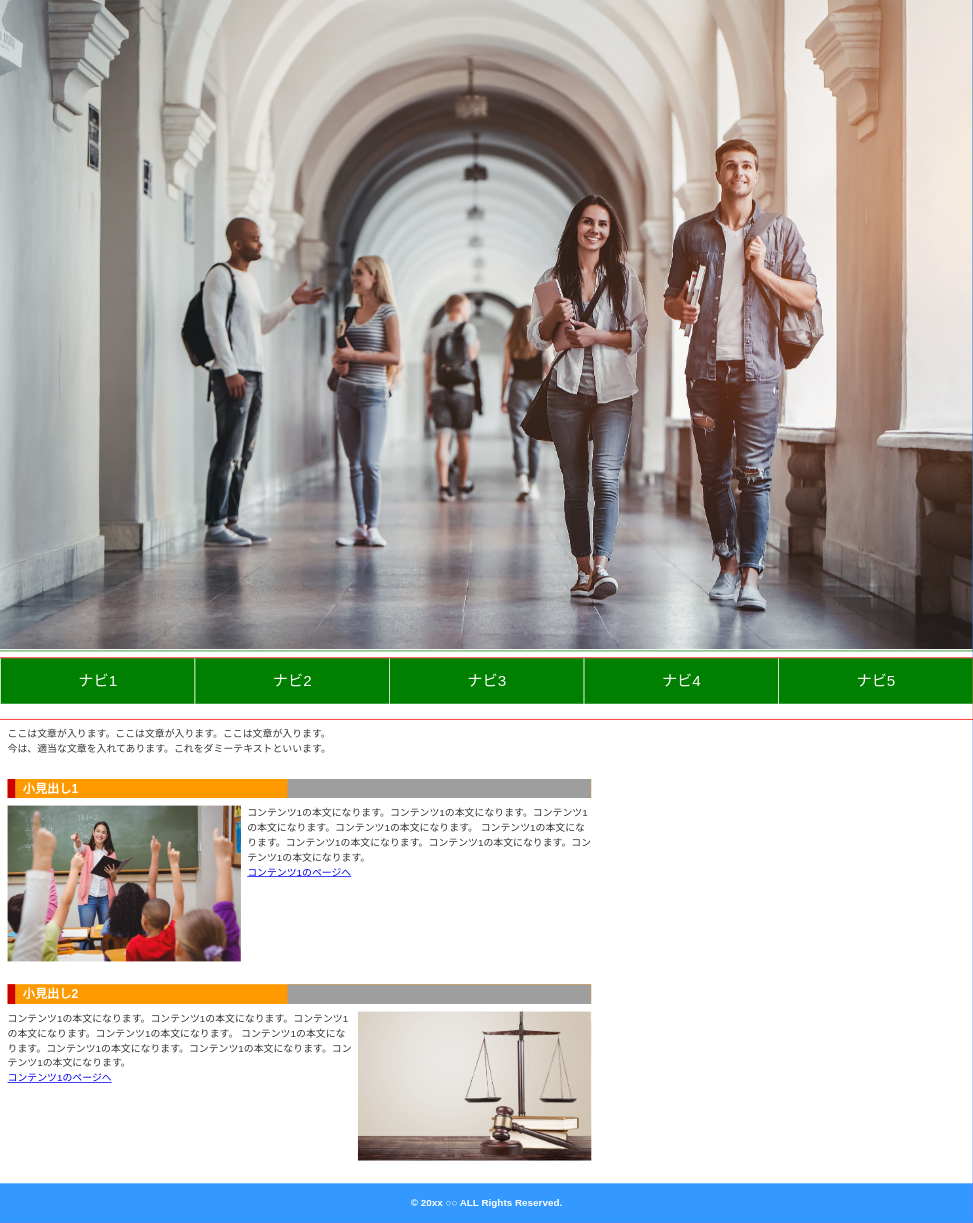
Repository: Daisuke0108-bit/samurai_HTML-CSS
Page: Test.html
The author's editor kept a record of every edit. The page is drawn from the files as they stood at one moment, then again after the next edit.
The browser window is 1280 px wide. The pictures show the whole page, at 76% of full size.
Pictures or frames that could not be fetched are drawn as grey boxes.

Above is the page before.

After the next edit:
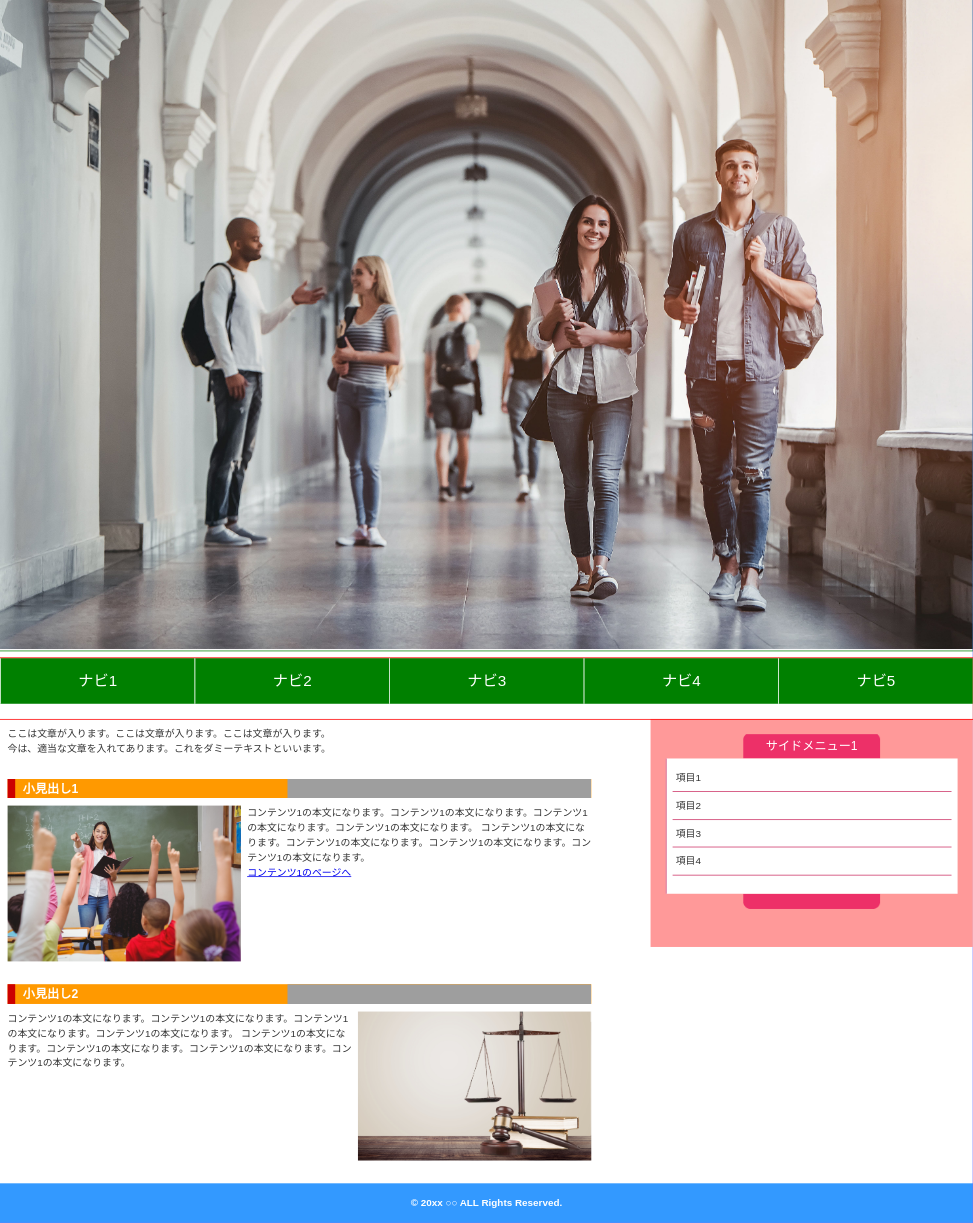
The edit:
--- a/Test.html
+++ b/Test.html
@@ -42,9 +42,21 @@
                          コンテンツ1の本文になります。コンテンツ1の本文になります。コンテンツ1の本文になります。コンテンツ1の本文になります。
                          コンテンツ1の本文になります。コンテンツ1の本文になります。コンテンツ1の本文になります。コンテンツ1の本文になります。
                     </p>
-                    <p><a href="#">コンテンツ1のページへ</a></p>
                 </div><!-- post clearfix -->
             </div><!-- main -->
+            <div id="side">
+                <div class="box">
+                    <h2>サイドメニュー1</h2>
+                    <div class="boxBody">
+                        <ul>
+                            <li>項目1</li>
+                            <li>項目2</li>
+                            <li>項目3</li>
+                            <li>項目4</li>
+                        </ul>
+                    </div><!-- boxBody -->
+                </div><!-- box -->
+            </div><!-- side -->
         </div><!-- container -->
 
     </div><!-- /wrapper -->
